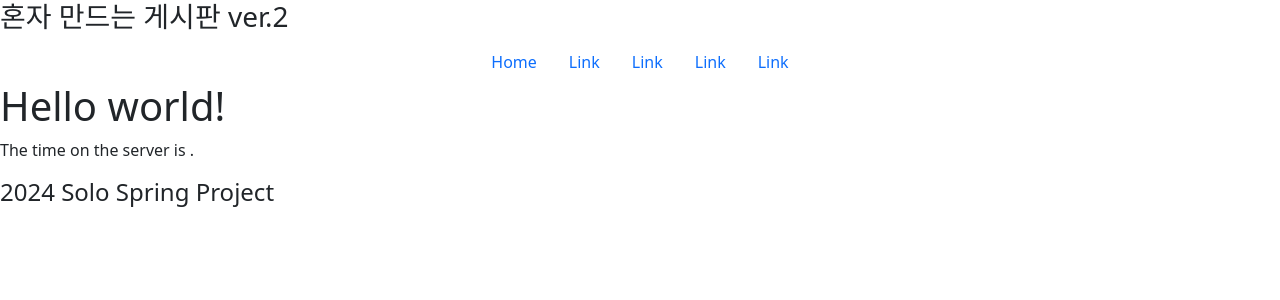
Repository: nefer2/Spring_test
Page: http://localhost/spring_test7/WEB-INF/views/index.jsp
These files come from the project's save history. The page is drawn as it stood at one moment and after the next save; the edit follows.
The browser window is 1280 px wide. The pictures show the whole page.
The page is served by Tomcat 9. Nobody is signed in. The template is opened directly, without the code that normally fills it, so the values that code supplies are empty.

Above is the page before, as saved 2024-01-17 02:06:32.

After the next save:
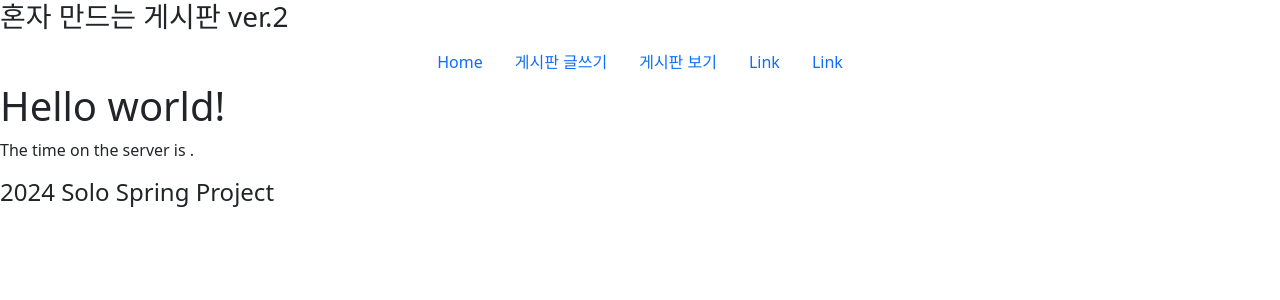
Saved 9 s later.
--- a/spring_test7/src/main/webapp/WEB-INF/views/layout/navbar.jsp
+++ b/spring_test7/src/main/webapp/WEB-INF/views/layout/navbar.jsp
@@ -12,10 +12,10 @@
     <a class="nav-link active" aria-current="page" href="/">Home</a>
   </li>
   <li class="nav-item">
-    <a class="nav-link" href="#">Link</a>
+    <a class="nav-link" href="#">게시판 글쓰기</a>
   </li>
   <li class="nav-item">
-    <a class="nav-link" href="#">Link</a>
+    <a class="nav-link" href="#">게시판 보기</a>
   </li>
     <li class="nav-item">
     <a class="nav-link" href="#">Link</a>
